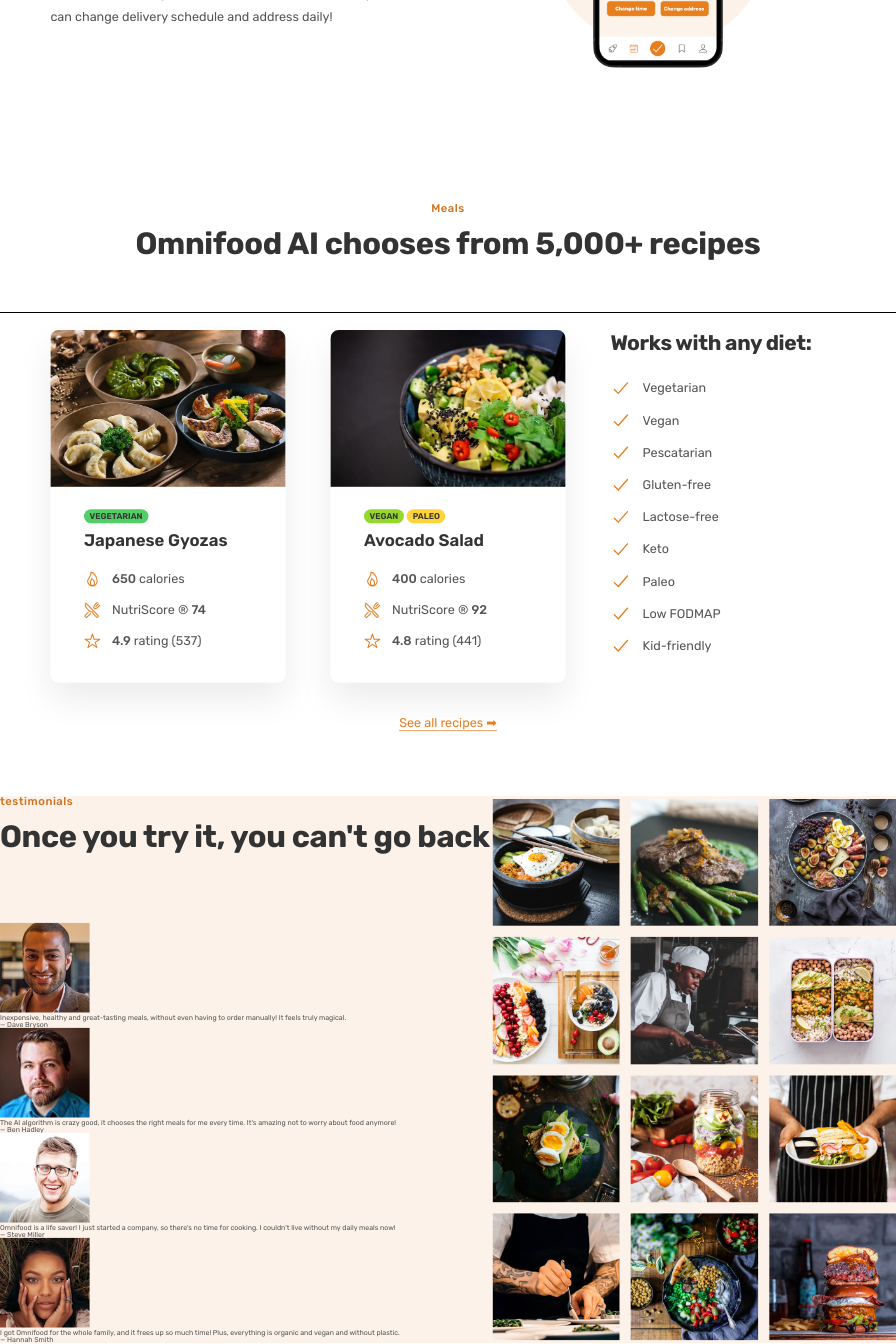
Repository: TranPhucThinh/Omnifood
Page: index.html
An editor plug-in stored every save of this project. The page is shown before and after the next save, followed by the edit.
The browser window is 1280 px wide. The pictures show the part of the page from y = 2458 to 4378 px (the page is 4378 px tall before and 4370 px after), at 70% of full size.

Above is the page before, as saved 2022-08-06 21:37:33.

### index.html
<!DOCTYPE html>
<html lang="en">

<head>
    <meta charset="UTF-8">
    <meta http-equiv="X-UA-Compatible" content="IE=edge">
    <meta name="viewport" content="width=device-width, initial-scale=1.0">

    <link rel="preconnect" href="https://fonts.googleapis.com">
    <link rel="preconnect" href="https://fonts.gstatic.com" crossorigin>
    <link href="https://fonts.googleapis.com/css2?family=Rubik:wght@300;400;500;600;700;800;900&display=swap"
        rel="stylesheet">

    <link rel="stylesheet" href="./assets/styles/general.css">
    <link rel="stylesheet" href="./assets/styles/style.css">

    <title>Omnifood</title>
</head>

<body>
    <!-- SECTION HEADER -->
    <div class="header">
        <a href="#">
            <img src="./assets/imgs/omnifood-logo.png" alt="Omnifood logo" class="header-logo">
        </a>
        <nav class="main-nav">
            <ul class="main-nav-list">
                <li>
                    <a href="#" class="main-nav-link">How it works</a>
                </li>
                <li>
                    <a href="#" class="main-nav-link">Meals</a>
                </li>
                <li>
                    <a href="#" class="main-nav-link">Testimonials</a>
                </li>
                <li>
                    <a href="#" class="main-nav-link">Pricing</a>
                </li>
                <li>
                    <a href="#" class="main-nav-link nav-btn">Try for free</a>
                </li>
            </ul>
        </nav>
    </div>
    <!-- End of SECTION HEADER -->

    <!-- SECTION HERO -->
    <section class="section-hero">
        <div class="hero">
            <div class="hero-text-box">
                <h1 class="heading-primary">A healthy meal delivered to your door, every single day</h1>
                <p class="hero-desc margin-bottom-md">The smart 365-days-per-year food subscription that will make you
                    eat healthy again.
                    Tailored to your personal tastes and nutritional needs.</p>
                <a href="#" class="btn btn--full margin-right-sm">Start eating well</a>
                <a href="#" class="btn btn--outline">Learn more ⬇</a>
                <div class="delivered-meals">
                    <div class="delivered-imgs">
                        <img src="./assets/imgs/customers/customer-1.jpg" alt="customer 1">
                        <img src="./assets/imgs/customers/customer-2.jpg" alt="customer 2">
                        <img src="./assets/imgs/customers/customer-3.jpg" alt="customer 3">
                        <img src="./assets/imgs/customers/customer-4.jpg" alt="customer 4">
                        <img src="./assets/imgs/customers/customer-5.jpg" alt="customer 5">
                        <img src="./assets/imgs/customers/customer-6.jpg" alt="customer 6">
                    </div>
                    <p class="delivered-text">
                        <span>250,000+</span> meals delivered last year!
                    </p>
                </div>
            </div>
            <div class="hero-img-box">
                <img src="./assets/imgs/hero.png"
                    alt="woman enjoy food, meals in storage container, and food bowls on a table" class="hero-img">
            </div>
        </div>
    </section>
    <!-- End of SECTION HERO -->

    <!-- SECTION FEATURED -->
    <section class="section-featured">
        <div class="container">
            <h2 class="heading-feature-in">As featured in</h2>
            <div class="logos">
                <img src="./assets/imgs/logos/techcrunch.png" alt="Techcrunch logo">
                <img src="./assets/imgs/logos/business-insider.png" alt="business insider logo">
                <img src="./assets/imgs/logos/the-new-york-times.png" alt="The new york time logo">
                <img src="./assets/imgs/logos/forbes.png" alt="Forbes logo">
                <img src="./assets/imgs/logos/usa-today.png" alt="Usa today logo">
            </div>
        </div>
    </section>
    <!-- End of SECTION FEATURED -->

    <!-- SECTION HOW IT WORKS -->
    <section class="section-how">
        <div class="container">
            <p class="subheading">HOW IT WORKS</p>
            <h2 class="heading-secondary">Your daily dose of health in 3 simple steps</h2>
        </div>
        <div class="container grid grid--2-cols grid--center-vertical">
            <!-- STEP 1 -->
            <div class="step-text-box">
                <div class="step-number">01</div>
                <h3 class="heading-tertiary">Tell us what you like (and what not)</h3>
                <p class="step-desc">Never again waste time thinking about what to eat! Omnifood AI will create a 100%
                    personalized weekly meal plan just for you. It makes sure you get all the nutrients and vitamins you
                    need, no matter what diet you follow!</p>
            </div>
            <div class="step-img-box">
                <img src="./assets/imgs/app/app-screen-1.png" alt="iPhone app preferences selection screen"
                    class="step-img">
            </div>

            <!-- STEP 2 -->
            <div class="step-img-box">
                <img src="./assets/imgs/app/app-screen-2.png" alt="iPhone app
                meal approving plan screen" class="step-img">
            </div>
            <div class="step-text-box">
                <div class="step-number">02</div>
                <h3 class="heading-tertiary">Approve your weekly meal plan</h3>
                <p class="step-desc">Once per week, approve the meal plan generated for you by Omnifood AI. You can
                    change ingredients, swap entire meals, or even add your own recipes.</p>
            </div>

            <!-- STEP 3 -->
            <div class="step-text-box">
                <div class="step-number">03</div>
                <h3 class="heading-tertiary">Receive meals at convenient time</h3>
                <p class="step-desc">Best chefs in town will cook your selected meal every day, and we will deliver it
                    to your door whenever works best for you. You can change delivery schedule and address daily!</p>
            </div>
            <div class="step-img-box">
                <img src="./assets/imgs/app/app-screen-3.png" alt="iPhone app
                delivery screen" class="step-img">
            </div>
        </div>
    </section>
    <!-- End of SECTION HOW IT WORKS -->

    <!-- SECTION MEALS -->
    <section class="section-meals">
        <div class="container center-text">
            <p class="subheading">Meals</p>
            <h2 class="heading-secondary">Omnifood AI chooses from 5,000+ recipes</h2>
        </div>
        <div class="container grid grid--3-cols margin-bottom-md">
            <div class="meal">
                <img src="./assets/imgs/meals/meal-1.jpg" alt="Japanese Gyozas" class="meal-img">
                <div class="meal-content">
                    <div class="meal-tag">
                        <p class="tag tag--vegetarian">vegetarian</p>
                    </div>
                    <p class="meal-title">Japanese Gyozas</p>
                    <ul class="meal-attributes">
                        <li class="meal-attribute">
                            <ion-icon class="meal-icon" name="flame-outline"></ion-icon>
                            <span><strong>650</strong> calories</span>
                        </li>
                        <li class="meal-attribute">
                            <ion-icon class="meal-icon" name="restaurant-outline"></ion-icon>
                            <span>NutriScore ® <strong>74</strong></span>
                        </li>
                        <li class="meal-attribute">
                            <ion-icon class="meal-icon" name="star-outline"></ion-icon>
                            <span><strong>4.9</strong> rating (537)</span>
                        </li>
                    </ul>
                </div>
            </div>
            <div class="meal">
                <img src="./assets/imgs/meals/meal-2.jpg" alt="Avocado Salad" class="meal-img">
                <div class="meal-content">
                    <div class="meal-tag">
                        <p class="tag tag--vegan">vegan</p>
                        <p class="tag tag---paleo">paleo</p>
                    </div>
                    <p class="meal-title">Avocado Salad</p>
                    <ul class="meal-attributes">
                        <li class="meal-attribute">
                            <ion-icon class="meal-icon" name="flame-outline"></ion-icon>
                            <span><strong>400</strong> calories</span>
                        </li>
                        <li class="meal-attribute">
                            <ion-icon class="meal-icon" name="restaurant-outline"></ion-icon>
                            <span>NutriScore ® <strong>92</strong></span>
                        </li>
                        <li class="meal-attribute">
                            <ion-icon class="meal-icon" name="star-outline"></ion-icon>
                            <span><strong>4.8</strong> rating (441)</span>
                        </li>
                    </ul>
                </div>
            </div>
            <div class="diet">
                <h3 class="heading-tertiary">Works with any diet:</h3>
                <ul class="list">
                    <li class="list-item">
                        <ion-icon class="list-icon" name="checkmark-outline"></ion-icon>
                        <span>Vegetarian</span>
                    </li>
                    <li class="list-item">
                        <ion-icon class="list-icon" name="checkmark-outline"></ion-icon>
                        <span>Vegan</span>
                    </li>
                    <li class="list-item">
                        <ion-icon class="list-icon" name="checkmark-outline"></ion-icon>
                        <span>Pescatarian</span>
                    </li>
                    <li class="list-item">
                        <ion-icon class="list-icon" name="checkmark-outline"></ion-icon>
                        <span>Gluten-free</span>
                    </li>
                    <li class="list-item">
                        <ion-icon class="list-icon" name="checkmark-outline"></ion-icon>
                        <span>Lactose-free</span>
                    </li>
                    <li class="list-item">
                        <ion-icon class="list-icon" name="checkmark-outline"></ion-icon>
                        <span>Keto</span>
                    </li>
                    <li class="list-item">
                        <ion-icon class="list-icon" name="checkmark-outline"></ion-icon>
                        <span>Paleo</span>
                    </li>
                    <li class="list-item">
                        <ion-icon class="list-icon" name="checkmark-outline"></ion-icon>
                        <span>Low FODMAP</span>
                    </li>
                    <li class="list-item">
                        <ion-icon class="list-icon" name="checkmark-outline"></ion-icon>
                        <span>Kid-friendly</span>
                    </li>
                </ul>
            </div>
        </div>
        <div class="container all-recipes center-text">
            <a href="#" class="link">See all recipes ➡</a>
        </div>
    </section>
    <!-- End of SECTION MEALS -->

    <!-- SECTION TESTIMONIALS -->
    <div class="section-testimonials">
        <div class="testimonials-container">
            <div class="subheading">testimonials</div>
            <div class="heading-secondary">Once you try it, you can't go back</div>
            <div class="testimonials">
                <div class="testimonial">
                    <img src="./assets/imgs/customers/dave.jpg" alt="Photo of customer Dave Bryson"
                        class="testimonial-img">
                    <blockquote class="testimonial-text">Inexpensive, healthy and great-tasting meals, without even
                        having to order manually! It feels truly magical.</blockquote>
                    <p class="testimonial-name">— Dave Bryson</p>
                </div>
                <div class="testimonial">
                    <img src="./assets/imgs/customers/ben.jpg" alt="Photo of customer Ben Hadley"
                        class="testimonial-img">
                    <blockquote class="testimonial-text">The AI algorithm is crazy good, it chooses the right meals for
                        me every time. It's amazing not to worry about food anymore!</blockquote>
                    <p class="testimonial-name">— Ben Hadley</p>
                </div>
                <div class="testimonial">
                    <img src="./assets/imgs/customers/steve.jpg" alt="Photo of customer Steve Miller"
                        class="testimonial-img">
                    <blockquote class="testimonial-text">Omnifood is a life saver! I just started a company, so there's
                        no time for cooking. I couldn't live without my daily meals now!</blockquote>
                    <p class="testimonial-name">— Steve Miller</p>
                </div>
                <div class="testimonial">
                    <img src="./assets/imgs/customers/hannah.jpg" alt="Photo of customer Hannah Smith"
                        class="testimonial-img">
                    <blockquote class="testimonial-text">I got Omnifood for the whole family, and it frees up so much
                        time! Plus, everything is organic and vegan and without plastic.</blockquote>
                    <p class="testimonial-name">— Hannah Smith</p>
                </div>
            </div>
        </div>
        <div class="gallery">
            <img src="./assets/imgs/gallery/gallery-1.jpg" alt="Photo of beautifully arranged food"
                class="gallery-item">
            <img src="./assets/imgs/gallery/gallery-2.jpg" alt="Photo of beautifully arranged food"
                class="gallery-item">
            <img src="./assets/imgs/gallery/gallery-3.jpg" alt="Photo of beautifully arranged food"
                class="gallery-item">
            <img src="./assets/imgs/gallery/gallery-4.jpg" alt="Photo of beautifully arranged food"
                class="gallery-item">
            <img src="./assets/imgs/gallery/gallery-5.jpg" alt="Photo of beautifully arranged food"
                class="gallery-item">
            <img src="./assets/imgs/gallery/gallery-6.jpg" alt="Photo of beautifully arranged food"
                class="gallery-item">
            <img src="./assets/imgs/gallery/gallery-7.jpg" alt="Photo of beautifully arranged food"
                class="gallery-item">
            <img src="./assets/imgs/gallery/gallery-8.jpg" alt="Photo of beautifully arranged food"
                class="gallery-item">
            <img src="./assets/imgs/gallery/gallery-9.jpg" alt="Photo of beautifully arranged food"
                class="gallery-item">
            <img src="./assets/imgs/gallery/gallery-10.jpg" alt="Photo of beautifully arranged food"
                class="gallery-item">
            <img src="./assets/imgs/gallery/gallery-11.jpg" alt="Photo of beautifully arranged food"
                class="gallery-item">
            <img src="./assets/imgs/gallery/gallery-12.jpg" alt="Photo of beautifully arranged food"
                class="gallery-item">
        </div>
    </div>
    <!-- End of SECTION TESTIMONIALS -->

    <script type="module" src="https://unpkg.com/ionicons@5.5.2/dist/ionicons/ionicons.esm.js"></script>
    <script nomodule src="https://unpkg.com/ionicons@5.5.2/dist/ionicons/ionicons.js"></script>
</body>

</html>

### assets/styles/general.css
* {
  margin: 0;
  padding: 0;
  box-sizing: border-box;
}

html {
  font-size: 62.5%;
}

body {
  font-family: 'Rubik', sans-serif;
  line-height: 1;
  font-weight: 400;
  color: #555;
}

/* GENERAL REUSABLE COMPONENTS */
.container {
  max-width: 120rem;
  padding: 0 3.2rem;
  margin: 0 auto;
}

.grid {
  display: grid;
  row-gap: 9.6rem;
  column-gap: 6.4rem;
}

.grid--2-cols {
  grid-template-columns: repeat(2, 1fr);
}

.grid--3-cols {
  grid-template-columns: repeat(3, 1fr);
}

.grid--4-cols {
  grid-template-columns: repeat(4, 1fr);
}

.grid--center-vertical {
  align-items: center;
}

.heading-primary,
.heading-secondary,
.heading-tertiary {
  letter-spacing: -0.5px;
  color: #333;
  font-weight: 700;
}

.heading-primary {
  line-height: 1.05;
  font-size: 5.2rem;
  margin-bottom: 3.2rem;
}

.heading-secondary {
  font-size: 4.4rem;
  line-height: 1.2;
  margin-bottom: 9.6rem;
}

.heading-tertiary {
  font-size: 3rem;
  line-height: 1.2;
  margin-bottom: 3.2rem;
}

.subheading {
  font-size: 1.6rem;
  color: #cf711f;
  margin-bottom: 1.6rem;
  font-weight: 500;
  letter-spacing: 0.75px;
}

.hero-text-box .btn:link,
.hero-text-box .btn:visited {
  text-decoration: none;
  font-size: 2rem;
  font-weight: 600;
  display: inline-block;
  border-radius: 8px;
  padding: 1.6rem 3.2rem;
  transition: all 0.3s;
}

.hero-text-box .btn--full:link,
.hero-text-box .btn--full:visited {
  color: #fff;
  background-color: #e67e22;
}

.hero-text-box .btn--full:hover,
.hero-text-box .btn--full:active {
  background-color: #cf711f;
}

.hero-text-box .btn--outline:link,
.hero-text-box .btn--outline:visited {
  color: #555;
  background-color: #fff;
  border: -4px solid #fff;
}

.hero-text-box .btn--outline:hover,
.hero-text-box .btn--outline:active {
  background-color: #fdf2e9;
}

.step-img-box::before,
.step-img-box::after {
  content: '';
  display: block;
  position: absolute;
  top: 50%;
  left: 50%;
  transform: translate(-50%, -50%);
  border-radius: 50%;
}

.center-text {
  text-align: center;
}

.margin-right-sm {
  margin-right: 1.6rem !important;
}

.margin-bottom-md {
  margin-bottom: 4.8rem !important;
}
/* END of GENERAL REUSABLE COMPONENTS */

### assets/styles/style.css
/* Section Header */
.header {
  display: flex;
  justify-content: space-between;
  height: 9.6rem;
  align-items: center;
  padding: 0 4.8rem;
  background-color: #fdf2e9;
}

.header-logo {
  height: 2.2rem;
}

.main-nav-list {
  display: flex;
  list-style-type: none;
  gap: 3.2rem;
}

.main-nav-link:link,
.main-nav-link:visited {
  text-decoration: none;
  font-size: 1.8rem;
  color: #333;
  font-weight: 500;
  transition: all 0.3s;
}

.main-nav-link:hover,
.main-nav-link:active {
  color: #cf711f;
}

.main-nav-link.nav-btn:link,
.main-nav-link.nav-btn:visited {
  padding: 1.2rem 2.4rem;
  border-radius: 9px;
  background-color: #e67e22;
  color: #fff;
}

.main-nav-link.nav-btn:hover,
.main-nav-link.nav-btn:active {
  color: #fff;
  background-color: #cf711f;
}
/* End of Section Header */

/* Section Hero */
.section-hero {
  background-color: #fdf2e9;
  padding: 4.8rem 0 9.6rem;
}

.hero {
  max-width: 130rem;
  margin: 0 auto;
  display: grid;
  grid-template-columns: 1fr 1fr;
  gap: 9.6rem;
  padding: 0 3.2rem;
  align-items: center;
}

.hero-text-box .hero-desc {
  font-size: 2rem;
  color: #555;
  line-height: 1.6;
  /* margin-bottom: 4.8rem; */
}

.hero-img-box .hero-img {
  width: 100%;
}

.delivered-meals {
  margin-top: 8rem;
  display: flex;
  align-items: center;
  gap: 1.6rem;
}

.delivered-imgs {
  display: flex;
}

.delivered-imgs img {
  width: 4.8rem;
  height: 4.8rem;
  border-radius: 50%;
  border: 3px solid #fff;
  margin-right: -1.6rem;
}

.delivered-imgs img:last-child {
  margin-right: 0;
}

.delivered-text {
  font-size: 1.8rem;
  font-weight: 600;
}

.delivered-text span {
  font-weight: 700;
  color: #cf711f;
}
/* End of Section Hero */

/* Section featured */
.section-featured {
  padding: 4.8rem 0 3.2rem;
}
.logos {
  display: flex;
  justify-content: space-around;
}

.heading-feature-in {
  font-size: 1.4rem;
  text-transform: uppercase;
  letter-spacing: 0.75px;
  font-weight: 500;
  color: #888;
  text-align: center;
  margin-bottom: 2.4rem;
}

.section-featured img {
  height: 3.2rem;
  filter: brightness(0%);
  opacity: 0.5;
}
/* End of Section featured */

/* Section how it works */
.section-how {
  padding: 9.6rem 0;
}
.step-number {
  font-size: 8.6rem;
  color: #ddd;
  font-weight: 600;
  margin-bottom: 1.2rem;
}

.step-desc {
  font-size: 1.8rem;
  color: #555;
  line-height: 1.8;
}

.step-img-box {
  text-align: center;
  position: relative;
}

.step-img-box::before {
  width: 60%;
  padding-bottom: 60%;

  background-color: #fdf2e9;
  z-index: -2;
}

.step-img-box::after {
  width: 45%;
  padding-bottom: 45%;
  background-color: #fae5d3;
  z-index: -1;
}

.step-img {
  width: 35%;
}
/* End of Section how it works */

/* Section meals */
.section-meals {
  padding: 9.6rem 0;
}
.meal {
  border-radius: 12px;
  overflow: hidden;
  box-shadow: 0 2.4rem 4.8rem rgb(0 0 0 / 8%);
  transition: all 0.4s;
}

.meal:hover {
  transform: translateY(-1.2rem);
}

.meal-img {
  width: 100%;
  display: block;
}

.meal-content {
  padding: 3.2rem 4.8rem 4.8rem;
}

.meal-tag {
  margin-bottom: 1.2rem;
}

.tag {
  display: inline-block;
  font-size: 1.2rem;
  text-transform: uppercase;
  color: #333;
  font-weight: 600;
  padding: 4px 8px;
  border-radius: 12px;
}

.tag--vegetarian {
  background-color: #51cf66;
}

.tag--vegan {
  background-color: #94d82d;
  margin-right: 2px;
}

.tag---paleo {
  background-color: #ffd43b;
}

.meal-title {
  font-size: 2.4rem;
  color: #333;
  font-weight: 600;
  margin-bottom: 3.2rem;
}

.meal-attributes {
  list-style-type: none;
  display: flex;
  flex-direction: column;
  justify-content: space-between;
  gap: 2rem;
}

.meal-attribute {
  font-size: 1.8rem;
  display: flex;
  gap: 1.6rem;
  align-items: center;
}

.meal-attribute strong {
  font-weight: 500;
}

.meal-attribute .meal-icon {
  width: 2.4rem;
  height: 2.4rem;
  color: #e67e22;
}

.list {
  list-style-type: none;
  display: flex;
  flex-direction: column;
  gap: 1.6rem;
}

.list-item {
  display: flex;
  gap: 1.6rem;
  align-items: center;
  font-size: 1.8rem;
}

.list-icon {
  width: 3rem;
  height: 3rem;
  color: #e67e22;
}

.link:link,
.link:visited {
  font-size: 1.8rem;
  border-bottom: 1px solid #e67e22;
  color: #e67e22;
  text-decoration: none;
  transition: all 0.3s;
}

.link:hover,
.link:active {
  color: #cf711f;
  border-bottom: 1px solid transparent;
}
/* End of Section meals */

/* Section Testimonials */
.section-testimonials {
  display: grid;
  grid-template-columns: 55fr 45fr;
  background-color: #fdf2e9;
  align-items: center;
}

.gallery {
  display: grid;
  grid-template-columns: repeat(3, 1fr);
  gap: 1.6rem;
}

.gallery-item {
  width: 100%;
}
/* End of Section Testimonials */

After the next save:
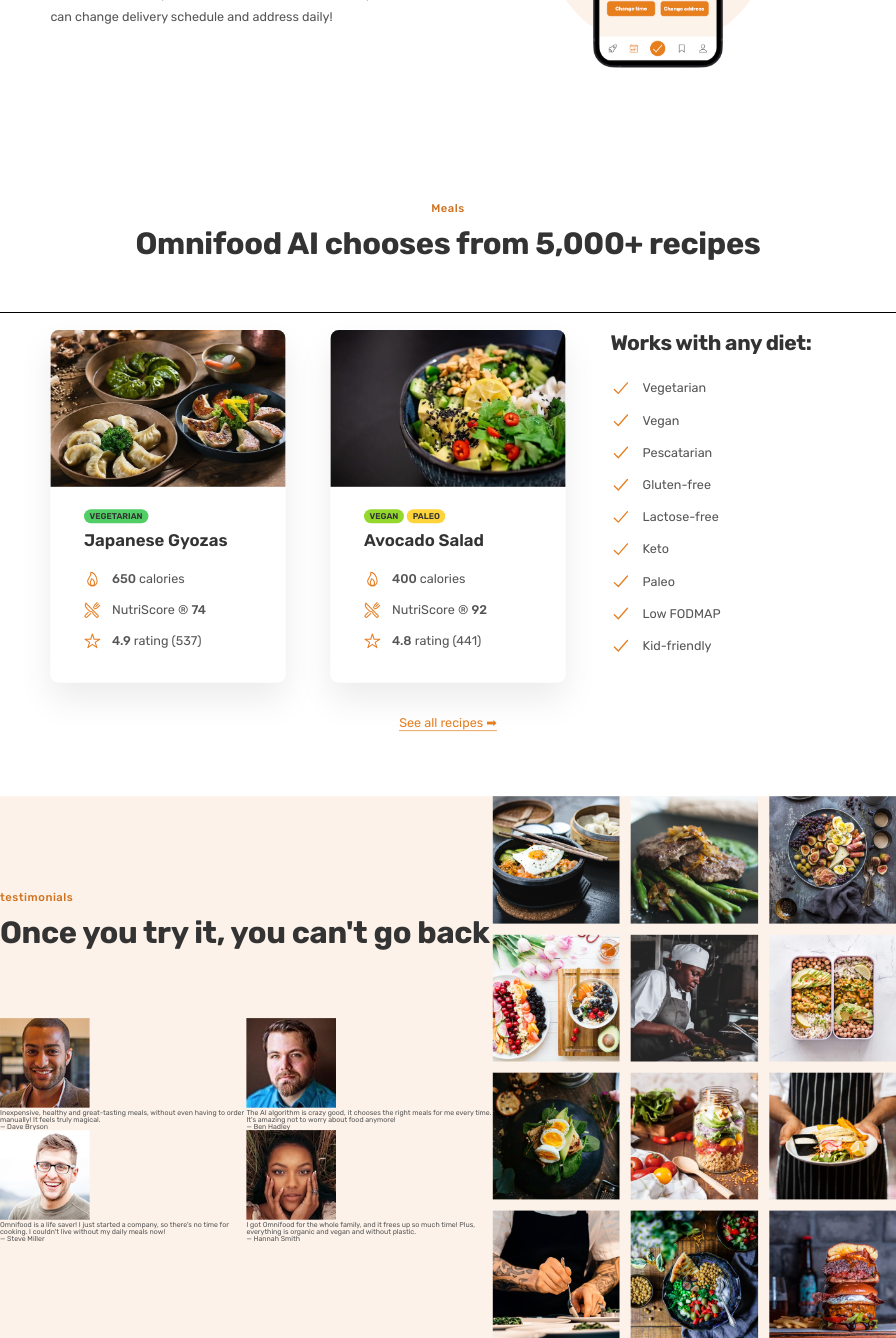
Saved 6 min 18 s later.
--- a/assets/styles/style.css
+++ b/assets/styles/style.css
@@ -303,6 +303,11 @@
   align-items: center;
 }
 
+.testimonials {
+  display: grid;
+  grid-template-columns: repeat(2, 1fr);
+}
+
 .gallery {
   display: grid;
   grid-template-columns: repeat(3, 1fr);
